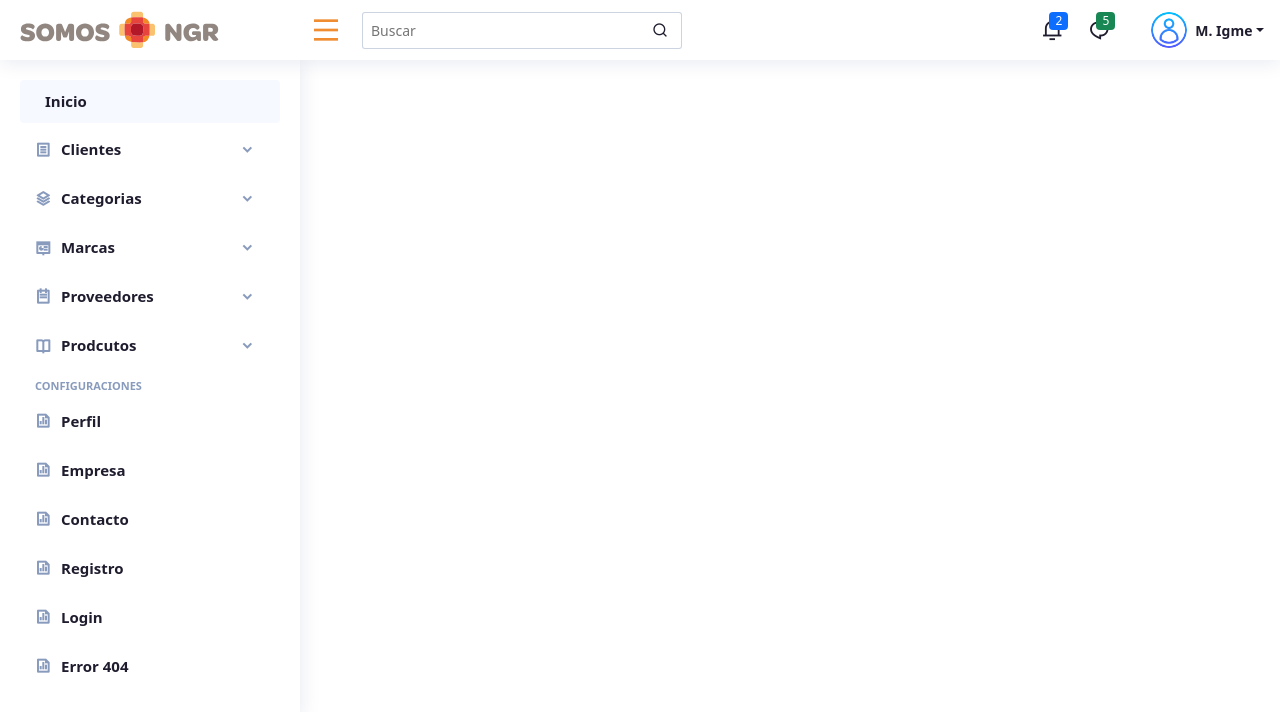
Repository: igmeMarcial/ProyectoLP-2023
Page: http://localhost/proyectoLP_2023/Main.jsp
The author's editor kept a copy of each file at every save. The page is drawn from the files as they stood at one save, then again after the next save.
The browser window is 1280 px wide. The pictures show the whole page.
The page is served by Tomcat 9.

Above is the page before, as saved 2023-03-18 18:58:12.

After the next save:
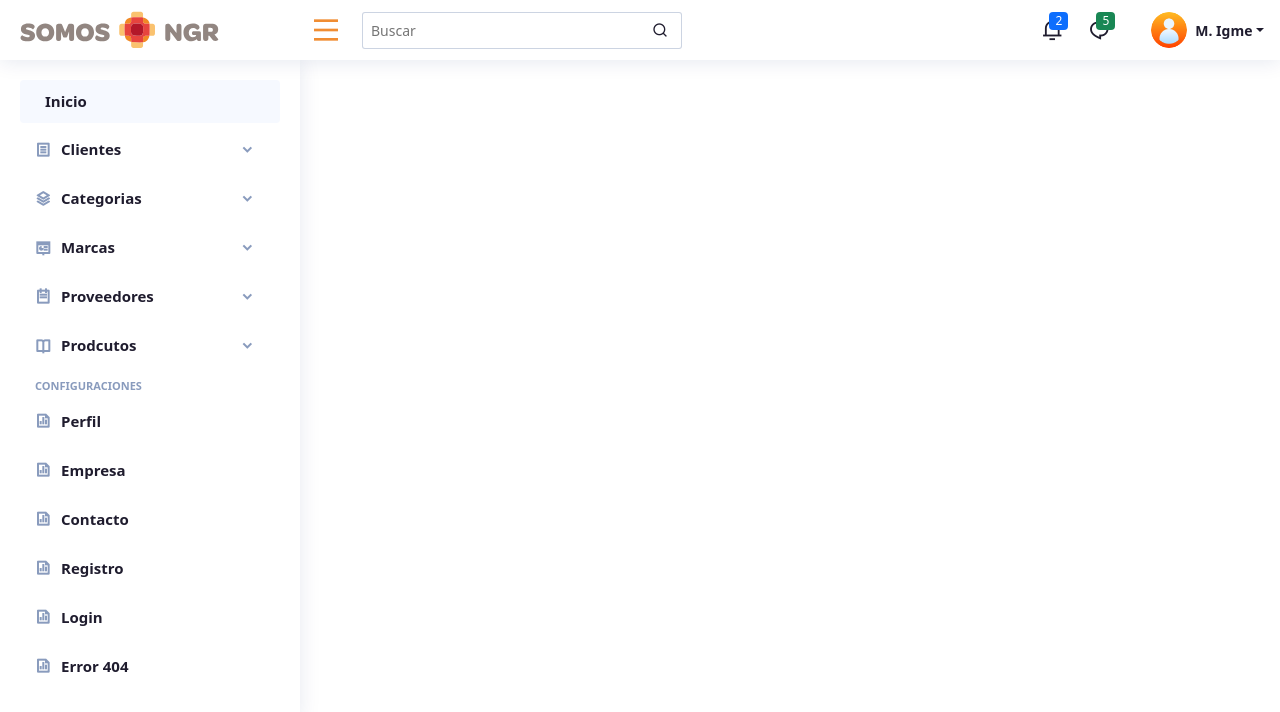
Saved 16 min 3 s later.
--- a/proyectoLP_2023/WebContent/Main.jsp
+++ b/proyectoLP_2023/WebContent/Main.jsp
@@ -80,7 +80,7 @@
         <li class="nav-item dropdown pe-3">
 
           <a class="nav-link nav-profile d-flex align-items-center pe-0" href="#" data-bs-toggle="dropdown">
-            <img src="./img/user.png" alt="Profile" class="rounded-circle">
+            <img src="./img/userImg.png" alt="Profile" class="rounded-circle">
             <span class="d-none d-md-block dropdown-toggle ps-2">M. Igme</span>
           </a><!-- End Profile Iamge Icon -->
 
